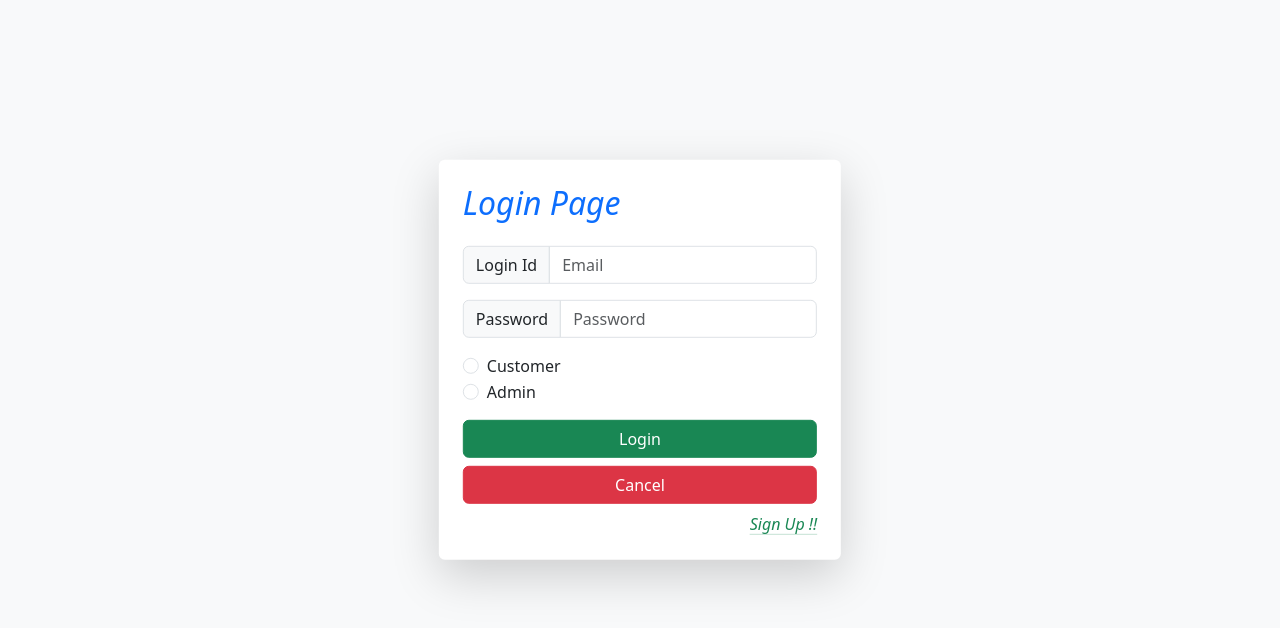
Repository: Niket-mishra/Dummy
Page: http://localhost/Mini-Project/Login.jsp
These files come from the project's save history. The page is drawn as it stood at one moment and after the next save; the edit follows.
The browser window is 1280 px wide. The pictures show the whole page.
The page is served by Tomcat 10. Other server files are loaded and not shown.

Above is the page before, as saved 2024-05-07 17:00:11.

### Mini-Project/src/main/webapp/Login.jsp
<%@ page language="java" contentType="text/html; charset=ISO-8859-1"
    pageEncoding="ISO-8859-1"%>
<!DOCTYPE html>
<html>
<head>
<meta charset="ISO-8859-1">
<link href="https://cdn.jsdelivr.net/npm/bootstrap@5.3.3/dist/css/bootstrap.min.css" rel="stylesheet">
<title>Login Page</title>
<script src="https://cdn.jsdelivr.net/npm/bootstrap@5.3.3/dist/js/bootstrap.bundle.min.js"></script>
</head>
<body class = "bg-light">
<div class="position-absolute top-50 start-50 translate-middle  p-4 mb-5 rounded shadow-lg bg-white">
<h2 class ="mb-4 fst-italic text-primary">Login Page</h2>
<form action="LoginController">
<div class="input-group mb-3">
  <span class="input-group-text">Login Id</span>
  <input type="email" aria-label="Email" class="form-control" placeholder="Email" required>
</div>

<div class="input-group mb-3">
  <span class="input-group-text">Password</span>
  <input type="password" aria-label="password" class="form-control" placeholder="Password" required>
</div>

  <div class="form-check">
    <input type="radio" class="form-check-input" id="validationFormCheck2" name="usertype" required>
    <label class="form-check-label" for="validationFormCheck2">Customer</label>
  </div>
  <div class="form-check mb-3">
    <input type="radio" class="form-check-input" id="validationFormCheck3" name="usertype" required>
    <label class="form-check-label" for="validationFormCheck3">Admin</label>
    <div class="invalid-feedback">Select anyone to Login</div>
  </div>

<div class="vstack gap-2 col-md-12 mx-auto">
<input type ="submit" value ="Login" class="btn btn-success">
<input type ="reset" value ="Cancel" class = "btn btn-danger">
<a href="NewCustomer.jsp" class = "fst-italic align-bottom d-flex justify-content-end link-success link-offset-2 link-underline-opacity-25 link-underline-opacity-100-hover">Sign Up !!</a>
</div>

</form>
</div>
</body>
</html>

After the next save:
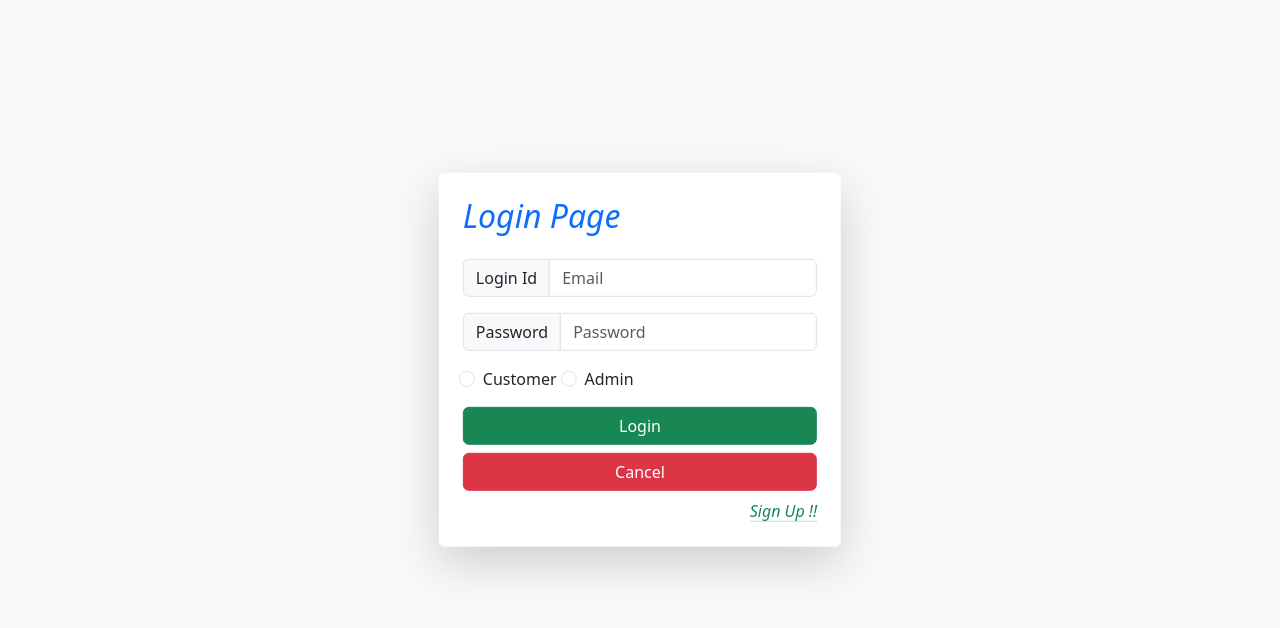
Saved 109 s later.
--- a/Mini-Project/src/main/webapp/Login.jsp
+++ b/Mini-Project/src/main/webapp/Login.jsp
@@ -21,15 +21,16 @@
   <span class="input-group-text">Password</span>
   <input type="password" aria-label="password" class="form-control" placeholder="Password" required>
 </div>
-
-  <div class="form-check">
+<div class = "row g-2">
+  <div class="form-check col-auto">
     <input type="radio" class="form-check-input" id="validationFormCheck2" name="usertype" required>
     <label class="form-check-label" for="validationFormCheck2">Customer</label>
   </div>
-  <div class="form-check mb-3">
+  <div class="form-check col-auto mb-3">
     <input type="radio" class="form-check-input" id="validationFormCheck3" name="usertype" required>
     <label class="form-check-label" for="validationFormCheck3">Admin</label>
     <div class="invalid-feedback">Select anyone to Login</div>
+  </div>
   </div>
 
 <div class="vstack gap-2 col-md-12 mx-auto">
